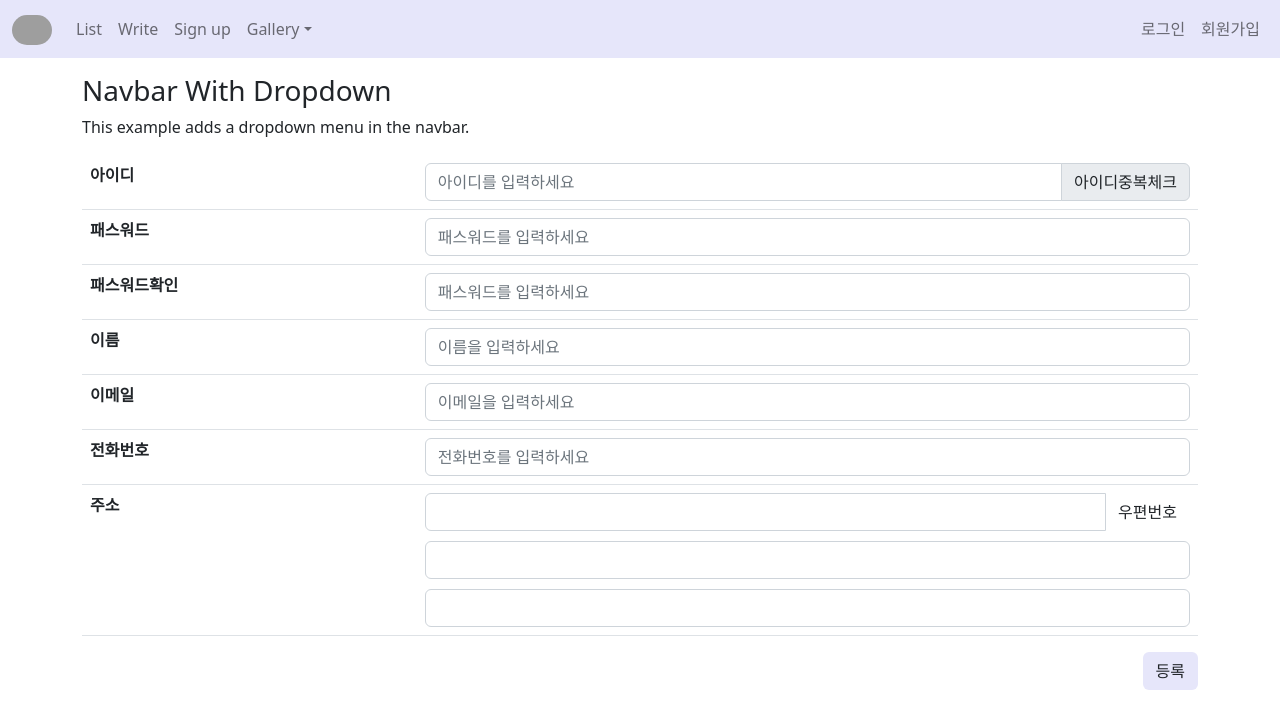
Repository: kwakhimoly/ws_backup
Page: http://localhost/myapp3/WEB-INF/views/member/member_write.jsp
The author's editor kept a copy of each file at every save. The page is drawn from the files as they stood at one save, then again after the next save.
The browser window is 1280 px wide. The pictures show the whole page.
Pictures or frames that could not be fetched are drawn as grey boxes. The page is served by Tomcat 9. Nobody is signed in. Other server files are loaded and not shown. The template is opened directly, without the code that normally fills it, so the values that code supplies are empty.

Above is the page before, as saved 2023-02-13 06:17:03.

### spws/myapp3/src/main/webapp/WEB-INF/views/member/member_write.jsp
<%@ page language="java" contentType="text/html; charset=UTF-8"
	pageEncoding="UTF-8"%>
<!DOCTYPE html>
<html>
<head>
<meta charset="UTF-8">
<title>Insert title here</title>
<meta name="viewport" content="width=device-width, initial-scale=1">
<link
	href="https://cdn.jsdelivr.net/npm/bootstrap@5.2.3/dist/css/bootstrap.min.css"
	rel="stylesheet">
<script src="https://cdn.jsdelivr.net/npm/bootstrap@5.2.3/dist/js/bootstrap.bundle.min.js"></script>
<script src="https://ajax.googleapis.com/ajax/libs/jquery/3.6.1/jquery.min.js"></script>
<script src="//t1.daumcdn.net/mapjsapi/bundle/postcode/prod/postcode.v2.js"></script>
</head>
<body>
	<form name="myform" id="myform">
		<input type="hidden" name="idcheck" id="idcheck" value="N">
		<!-- 메뉴 -->
		<%@ include file="../include/navbar.jsp"%>



		<div class="container mt-3">
			<h3>Navbar With Dropdown</h3>
			<p>This example adds a dropdown menu in the navbar.</p>


			<table class="table">
				<colgroup>
					<col width="30%">
					<col width="*">
				</colgroup>
				<tbody>
					<tr>
						<th>아이디</th>
						<td>
							<div class="input-group">
								<input type="text" class="form-control" placeholder="아이디를 입력하세요"
									name="user_id" id="user_id"> <button type="button"
									class="input-group-text" onclick="goIdcheck()">아이디중복체크</button>
							</div>
						</td>
					</tr>
					<tr>
						<th>패스워드</th>
						<td>
							<div class="input-group">
								<input type="password" class="form-control"
									placeholder="패스워드를 입력하세요" name="password" id="password">
							</div>
						</td>
					</tr>
					<tr>
						<th>패스워드확인</th>
						<td>
							<div class="input-group">
								<input type="password" class="form-control"
									placeholder="패스워드를 입력하세요" name="password2" id="password2">
							</div>
						</td>
					</tr>
					<tr>
						<th>이름</th>
						<td>
							<div class="input-group">
								<input type="text" class="form-control" placeholder="이름을 입력하세요"
									name="user_name" id="user_name">
							</div>
						</td>
					</tr>
					<tr>
						<th>이메일</th>
						<td>
							<div class="input-group">
								<input type="email" class="form-control" placeholder="이메일을 입력하세요"
									name="email" id="email">
							</div>
						</td>
					</tr>
					<tr>
						<th>전화번호</th>
						<td>
							<div class="input-group">
								<input type="tel" class="form-control" placeholder="전화번호를 입력하세요"
									name="phone" id="phone">
							</div>
						</td>
					</tr>
        <tr>
        <th>주소</th>
        <td>
        	 <div class="input-group">
			    <input type="tel" class="form-control"
			    placeholder=""
			    name="tel" id="tel"
			    style="width:200px">
			    <button class="btn btnp-primary">우편번호 </button>
			 </div>
			 <div class="input-group" style="margin-top:10px">
			    <input type="tel" class="form-control"
			    placeholder=""
			    name="tel" id="tel"
			    style="width:200px">
			 </div>
			 <div class="input-group" style="margin-top:10px">
			    <input type="tel" class="form-control"
			    placeholder=""
			    name="tel" id="tel"
			    style="width:200px">
			 </div>
        </td>
      </tr>
				</tbody>
			</table>
		</div>


		<div class="container" style="text-align: right">
			<button type="button" class="btn" style="background-color: lavender" onclick="goSave()">등록</button>
		</div>
	</form>
</body>


<script>
    //본 예제에서는 도로명 주소 표기 방식에 대한 법령에 따라, 내려오는 데이터를 조합하여 올바른 주소를 구성하는 방법을 설명합니다.
    function sample4_execDaumPostcode() {
        new daum.Postcode({
            oncomplete: function(data) {
                // 팝업에서 검색결과 항목을 클릭했을때 실행할 코드를 작성하는 부분.

                // 도로명 주소의 노출 규칙에 따라 주소를 표시한다.
                // 내려오는 변수가 값이 없는 경우엔 공백('')값을 가지므로, 이를 참고하여 분기 한다.
                var roadAddr = data.roadAddress; // 도로명 주소 변수
                var extraRoadAddr = ''; // 참고 항목 변수

                // 법정동명이 있을 경우 추가한다. (법정리는 제외)
                // 법정동의 경우 마지막 문자가 "동/로/가"로 끝난다.
                if(data.bname !== '' && /[동|로|가]$/g.test(data.bname)){
                    extraRoadAddr += data.bname;
                }
                // 건물명이 있고, 공동주택일 경우 추가한다.
                if(data.buildingName !== '' && data.apartment === 'Y'){
                   extraRoadAddr += (extraRoadAddr !== '' ? ', ' + data.buildingName : data.buildingName);
                }
                // 표시할 참고항목이 있을 경우, 괄호까지 추가한 최종 문자열을 만든다.
                if(extraRoadAddr !== ''){
                    extraRoadAddr = ' (' + extraRoadAddr + ')';
                }

                // 우편번호와 주소 정보를 해당 필드에 넣는다.
                document.getElementById('sample4_postcode').value = data.zonecode;
                document.getElementById("sample4_roadAddress").value = roadAddr;
                document.getElementById("sample4_jibunAddress").value = data.jibunAddress;

                // 참고항목 문자열이 있을 경우 해당 필드에 넣는다.
                if(roadAddr !== ''){
                    document.getElementById("sample4_extraAddress").value = extraRoadAddr;
                } else {
                    document.getElementById("sample4_extraAddress").value = '';
                }

                var guideTextBox = document.getElementById("guide");
                // 사용자가 '선택 안함'을 클릭한 경우, 예상 주소라는 표시를 해준다.
                if(data.autoRoadAddress) {
                    var expRoadAddr = data.autoRoadAddress + extraRoadAddr;
                    guideTextBox.innerHTML = '(예상 도로명 주소 : ' + expRoadAddr + ')';
                    guideTextBox.style.display = 'block';

                } else if(data.autoJibunAddress) {
                    var expJibunAddr = data.autoJibunAddress;
                    guideTextBox.innerHTML = '(예상 지번 주소 : ' + expJibunAddr + ')';
                    guideTextBox.style.display = 'block';
                } else {
                    guideTextBox.innerHTML = '';
                    guideTextBox.style.display = 'none';
                }
            }
        }).open();
    }

function goSave() {
	if($("#idcheck").val()=="N"){
		alert("아이디 중복체크를 하세요");
		$("#user_id").focus();
		return;
	}
	var frm = document.myform;
	frm.action="<%=request.getContextPath()%>/member/save";
//	$("#user_id").prop("disabled", false);
//		-> disabled 쓰고 싶은데 폼 전송으로 값 전달도 해야 하면 submit 전에 disabled 해제
	frm.submit();
}
function goIdcheck(){
	let user_id = $("#user_id").val().trim();

	if(user_id==""){
		alert("아이디를 입력하세요");
		$("#user_id").focus();
		return;
	}

	$.ajax({
		url:"<%=request.getContextPath()%>/member/idcheck",
		data: {"user_id":user_id},
		method: "POST",
		dataType: "JSON"
	})
	.done(function (response){
		if(response.result=="success"){
			$("#idcheck").val("Y");
			$("#user_id").prop("readonly", true);
			/*
			prop("disabled",true)로 하면 파라미터 값이 안 넘어감
			readonly : input type="text" 에만 가능. 사용자는 value 값을 변경할 수 없음.
			disabled : 모든 input 객체에 대하여 비활성화 처리 가능. Form 전송시 해당 객체는 전송이 안됨.
			*/
			alert("사용가능한 아이디입니다.");
		} else{
			alert("이미 사용중인 아이디입니다.");
		}
	})
	.fail(function (response, status, error){
		console.log(error);
	});
}
</script>
</html>

### spws/myapp3/src/main/webapp/WEB-INF/views/include/navbar.jsp
<%@ page language="java" contentType="text/html; charset=UTF-8"
	pageEncoding="UTF-8"%>
<!-- 메뉴 -->
<meta charset="UTF-8">
<!-- 한글 깨짐 방지 -->
<%
// 공통변수 CONTEXT 만들어 놓고 갖다 쓰기
String CONTEXT = request.getContextPath();
%>


<nav class="navbar navbar-expand-sm navbar-light" style="background-color: lavender">
	<div class="container-fluid">
		<a class="navbar-brand" href="<%=CONTEXT%>"> <img
			src="https://imjustcreative.com/wp-content/uploads/2015/11/Screenshot-2019-11-23-17.32.44.jpg" alt="Avatar Logo"
			style="width: 40px;" class="rounded-pill">
		</a>

		<button class="navbar-toggler" type="button" data-bs-toggle="collapse"
			data-bs-target="#collapsibleNavbar">
			<span class="navbar-toggler-icon"></span>
		</button>
		<div class="collapse navbar-collapse" id="collapsibleNavbar">
			<ul class="navbar-nav">
				<li class="nav-item"><a class="nav-link"
					href="<%=CONTEXT%>/board/list?pg=0">List</a></li>
				<li class="nav-item"><a class="nav-link"
					href="<%=CONTEXT%>/board/write">Write</a></li>
				<li class="nav-item"><a class="nav-link"
					href="<%=CONTEXT%>/member/write">Sign up</a></li>
				<li class="nav-item dropdown"><a
					class="nav-link dropdown-toggle" href="#" role="button"
					data-bs-toggle="dropdown">Gallery</a>
					<ul class="dropdown-menu">
						<li><a class="dropdown-item" href="<%=CONTEXT%>/gallery/list">Gallery list</a></li>
						<li><a class="dropdown-item" href="<%=CONTEXT%>/gallery/write">Gallery write</a></li>
						<li><a class="dropdown-item" href="#">A third link</a></li>
					</ul></li>
			</ul>
		</div>
		<%if(session.getAttribute("user_id")==null||session.getAttribute("user_id").equals("")) {%>
			<ul class="navbar-nav justify-content-end">
				<li class="nav-item">
				<a class="nav-link" href="<%=CONTEXT%>/member/login">로그인</a>
				</li>
				<li class="nav-item">
				<a class="nav-link" href="<%=CONTEXT%>/member/write">회원가입</a>
				</li>
			</ul>
		<%} else {%>
			<ul class="navbar-nav justify-content-end">
				<li class="nav-item">
				<a class="nav-link" href="#none"><%=session.getAttribute("user_name") %></a>
				</li>
				<li class="nav-item">
				<a class="nav-link" href="#none" onclick="goLogout()">로그아웃</a>
				</li>
			</ul>
		<%} %>
	</div>
</nav>
<script type="text/javascript">
function goLogout() {
	$.ajax({
		url:"<%=request.getContextPath()%>/member/logout",
		method:"POST",
		dataType:"JSON"
	})
	.done(function (response){
		alert(response.message);
		if(response.result=="success"){
			location.href="<%=request.getContextPath()%>/";
		}
	})
	.fail((response, status, error)=>{
		console.log(error);
	});
}

</script>

After the next save:
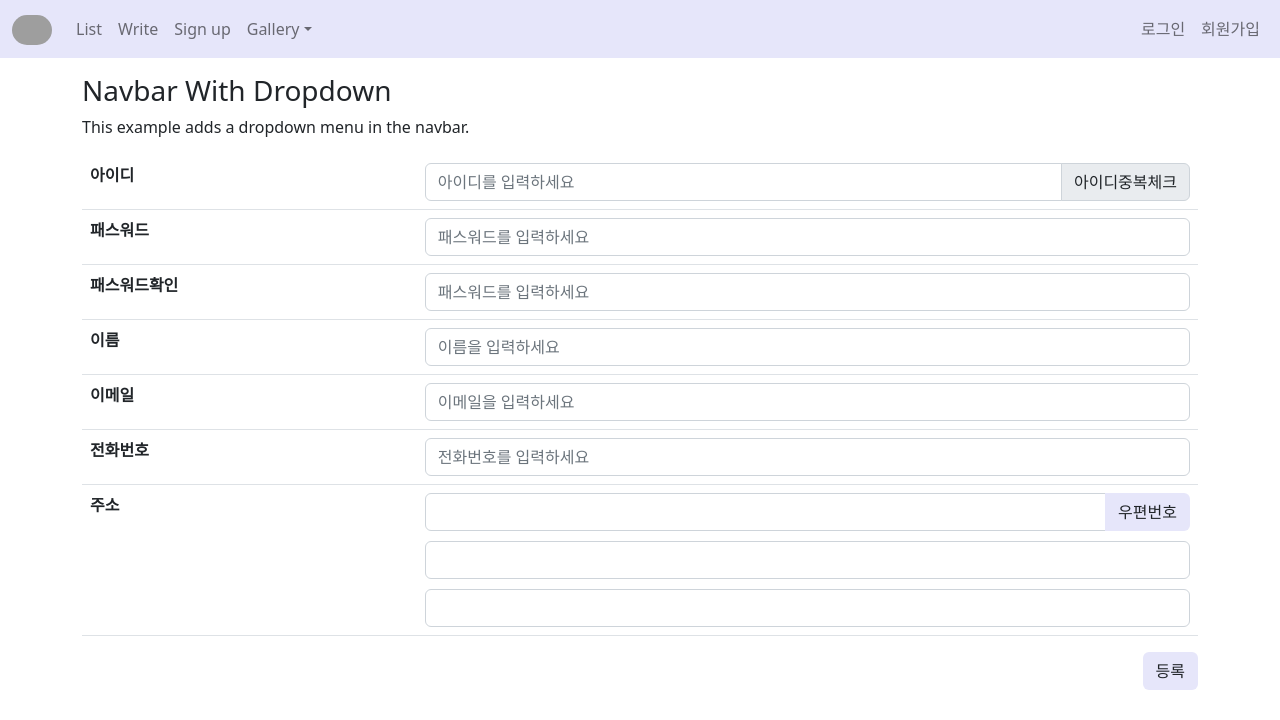
Saved 33 s later.
--- a/spws/myapp3/src/main/webapp/WEB-INF/views/member/member_write.jsp
+++ b/spws/myapp3/src/main/webapp/WEB-INF/views/member/member_write.jsp
@@ -95,7 +95,7 @@
 			    placeholder=""
 			    name="tel" id="tel"
 			    style="width:200px">
-			    <button class="btn btnp-primary">우편번호 </button>
+			    <button class="btn btnp-primary" style="background-color: lavender">우편번호 </button>
 			 </div>
 			 <div class="input-group" style="margin-top:10px">
 			    <input type="tel" class="form-control"
